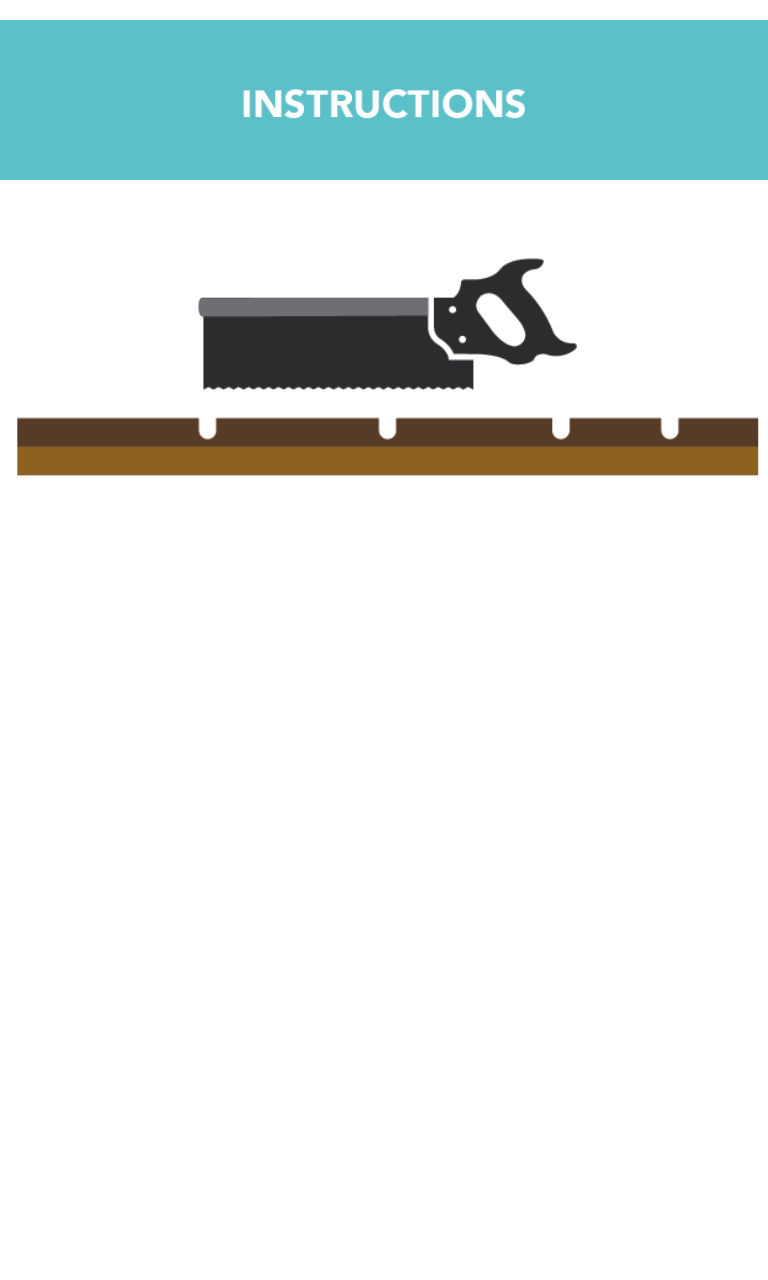
Repository: sbobhate/Android-Applications
Layout: EWBProject/res/layout/fragment_page3.xml
An editor plug-in stored every save of this project. The layout is shown before and after the next save, followed by the edit.
It is drawn on a 768 x 1280 px phone screen (xhdpi) without system bars, with theme AppTheme; the app's code is not run.

Above is the layout before, as saved 2014-02-21 06:11:50.

After the next save:
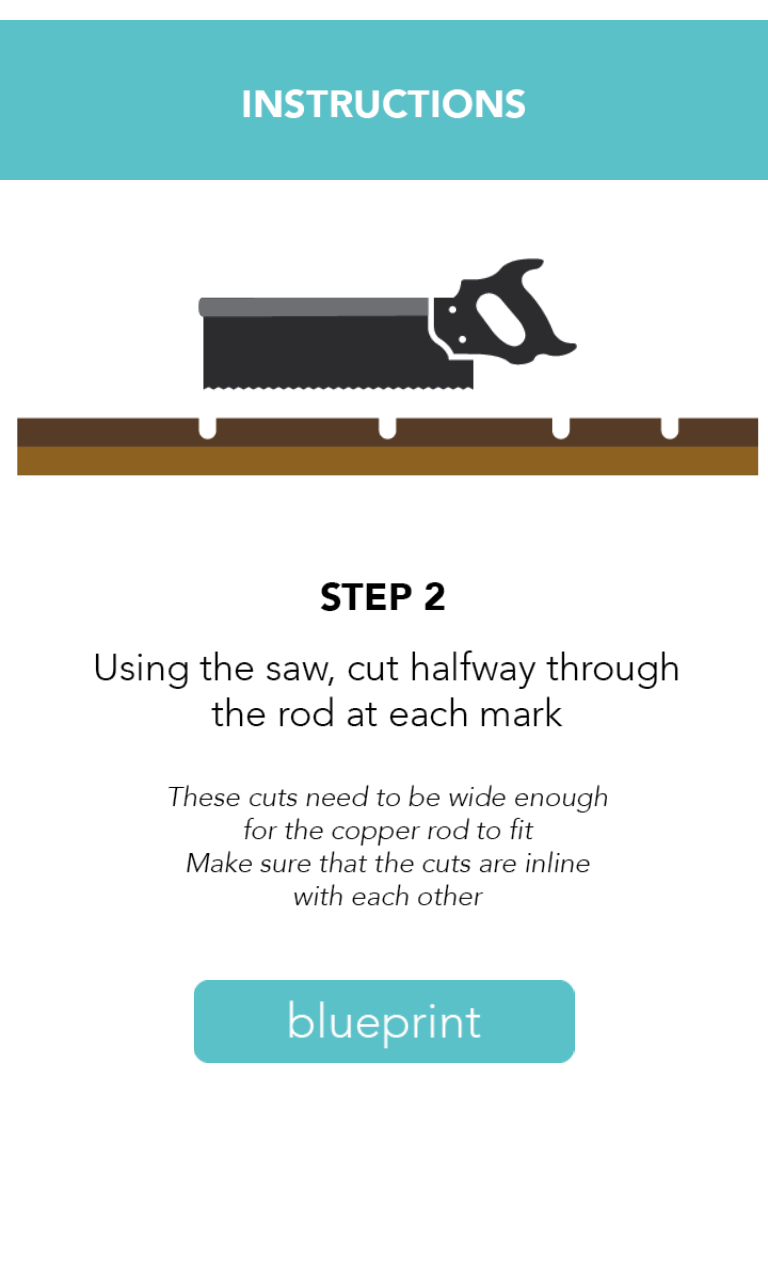
Saved 51 s later.
--- a/EWBProject/res/layout/fragment_page3.xml
+++ b/EWBProject/res/layout/fragment_page3.xml
@@ -26,8 +26,8 @@
         android:src="@drawable/step2tutorial"
         android:contentDescription="@string/step2_tutorial"
         android:layout_width="fill_parent"
-        android:layout_height="0dp"
-       	android:layout_weight="2"
+        android:layout_height="wrap_content"
+       	android:layout_below="@+id/step2"
         />
 
     <ImageView
@@ -35,8 +35,8 @@
         android:src="@drawable/blueprint"
         android:contentDescription="@string/blueprint"
         android:layout_width="fill_parent"
-        android:layout_height="0dp"
-       	android:layout_weight="1"
+        android:layout_height="wrap_content"
+       	android:layout_below="@+id/step2Tutorial"
         />
 
 </RelativeLayout>
